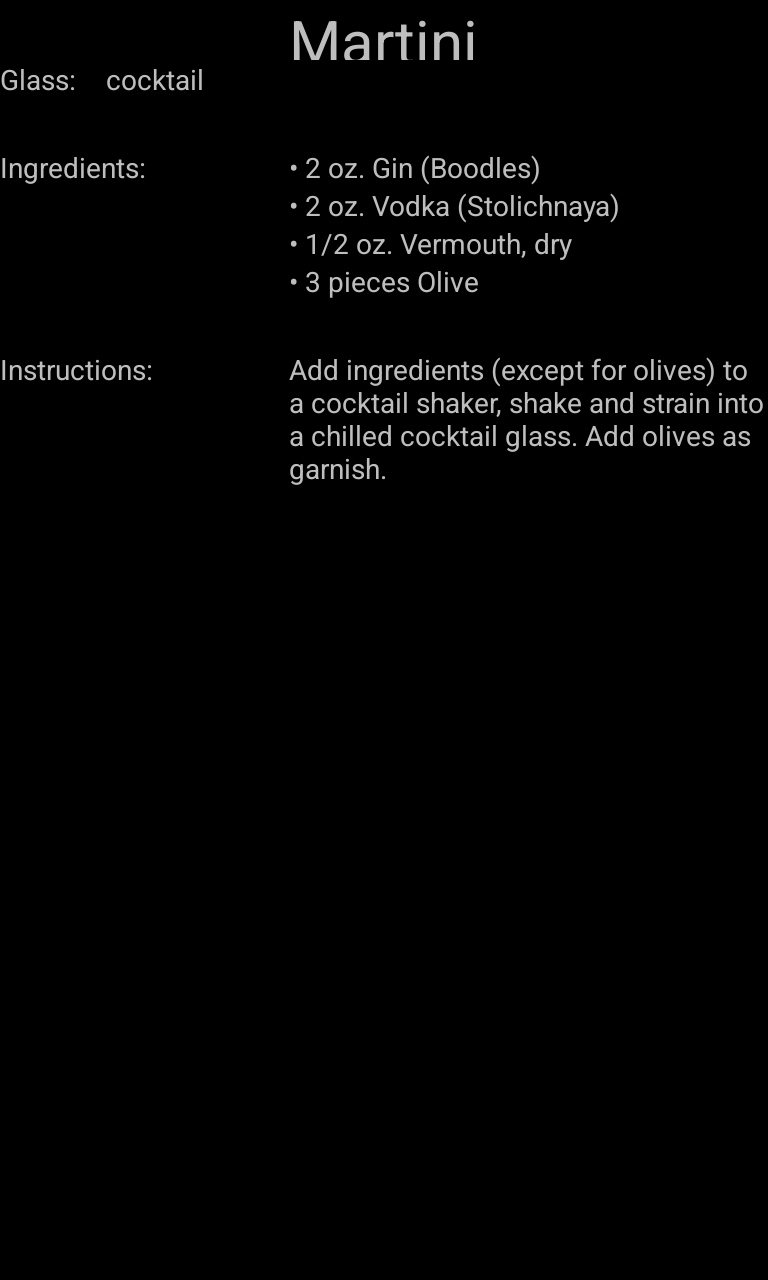
Repository: caltangelo/Drinkables
Layout: CocktailView/res/layout/main.xml
These files come from the project's save history. The layout is drawn as it stood at one moment and after the next save; the edit follows.
It is drawn on a 768 x 1280 px phone screen (xhdpi) without system bars, with theme android:Theme; the app's code is not run.

Above is the layout before, as saved 2011-09-22 20:48:47.

### CocktailView/res/layout/main.xml
<?xml version="1.0" encoding="utf-8"?>
<RelativeLayout xmlns:android="http://schemas.android.com/apk/res/android"
	android:orientation="vertical" android:layout_width="fill_parent"
	android:layout_height="fill_parent">
	<TextView android:id="@+id/drinkname" android:layout_height="30sp"
		android:textSize="30sp" android:text="@string/drink_name"
		android:layout_width="wrap_content" android:layout_alignParentTop="true"
		android:layout_centerHorizontal="true" />

	<TextView android:id="@+id/glass_label" android:layout_width="wrap_content"
		android:layout_height="wrap_content" android:layout_below="@id/drinkname"
		android:layout_alignParentLeft="true" android:text="Glass:" />
	<TextView android:id="@+id/glass_type"
		android:layout_toRightOf="@id/glass_label" android:text="@string/drink_glass"
		android:layout_height="wrap_content" android:layout_width="wrap_content"
		android:layout_alignTop="@id/glass_label" android:paddingLeft="15sp" />

	<TextView android:layout_height="wrap_content" android:id="@+id/ingredient_label"
		android:text="Ingredients: " android:layout_width="wrap_content"
		android:layout_below="@+id/glass_label"
		android:layout_alignParentLeft="true" android:layout_marginTop="25dp" />
	<TableLayout android:layout_height="wrap_content"
		android:id="@+id/ingredient_table" android:layout_width="wrap_content"
		android:layout_alignTop="@+id/ingredient_label"
		android:layout_alignLeft="@+id/drinkname"
		android:layout_alignParentRight="true">
		<TableRow android:id="@+id/tableRow1" android:layout_width="wrap_content"
			android:layout_height="wrap_content">
			<TextView android:text="• 2 oz. Gin (Boodles)" android:id="@+id/textView1"
				android:layout_width="wrap_content" android:layout_height="wrap_content" />
		</TableRow>
		<TableRow android:id="@+id/tableRow2" android:layout_width="wrap_content"
			android:layout_height="wrap_content">
			<TextView android:text="• 2 oz. Vodka (Stolichnaya)"
				android:id="@+id/textView2" android:layout_width="wrap_content"
				android:layout_height="wrap_content"></TextView>
		</TableRow>
		<TableRow android:id="@+id/tableRow3" android:layout_width="wrap_content"
			android:layout_height="wrap_content">
			<TextView android:text="• 1/2 oz. Vermouth, dry" android:id="@+id/textView3"
				android:layout_width="wrap_content" android:layout_height="wrap_content"></TextView>
		</TableRow>
		<TableRow android:id="@+id/tableRow4" android:layout_width="wrap_content"
			android:layout_height="wrap_content">
			<TextView android:text="• 3 pieces Olive" android:id="@+id/textView4"
				android:layout_width="wrap_content" android:layout_height="wrap_content"></TextView>
		</TableRow>
	</TableLayout>

	<TextView android:id="@+id/instruction_label"
		android:layout_height="wrap_content" android:layout_width="wrap_content"
		android:layout_below="@id/ingredient_table"
		android:layout_alignParentLeft="true" android:text="Instructions: "
		android:layout_marginTop="25dp" />
	<TextView android:id="@+id/instructions"
		android:layout_height="wrap_content" android:layout_width="wrap_content"
		android:layout_alignTop="@id/instruction_label"
		android:layout_alignLeft="@id/drinkname"
		android:layout_alignParentRight="true" android:text="@string/drink_instructions" />

</RelativeLayout>

### CocktailView/res/values/strings.xml
<?xml version="1.0" encoding="utf-8"?>
<resources>
    <string name="hello">Hello World, CocktailViewActivity!</string>
    <string name="app_name">CocktailView</string>
    <string name="drink_name"><u>Martini</u></string>
    <string name="drink_glass">cocktail</string>
    <string-array name="drink_ingredients">
        <item>2 oz. Gin (Boodles)</item>
        <item>2 oz. Vodka (Stolichnaya)</item>
        <item>1/2 oz. Vermouth, dry</item>
        <item>3 pieces Olive</item>
    </string-array>
    <string name="drink_instructions">Add ingredients (except for olives) to a cocktail shaker, shake and strain into a chilled cocktail glass.  Add olives as garnish.</string>
</resources>

After the next save:
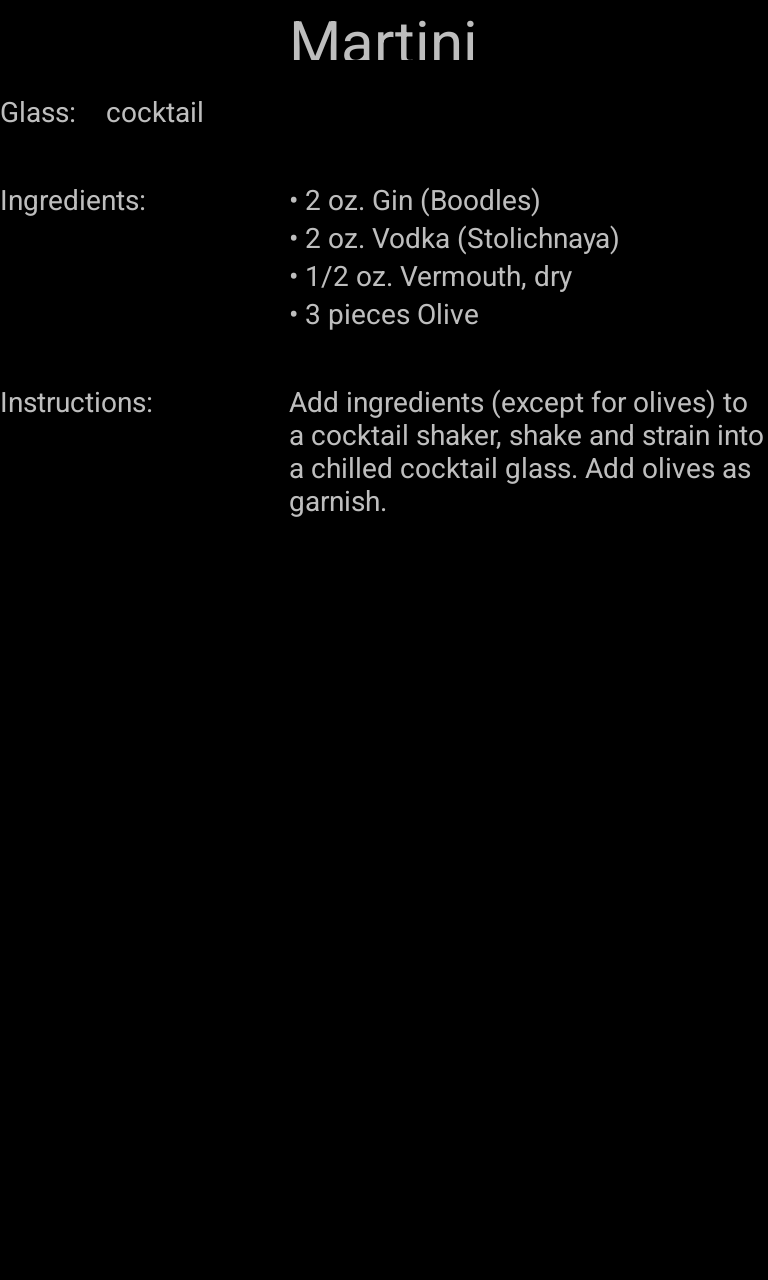
Saved 5 min 27 s later.
--- a/CocktailView/res/layout/main.xml
+++ b/CocktailView/res/layout/main.xml
@@ -9,7 +9,7 @@
 
 	<TextView android:id="@+id/glass_label" android:layout_width="wrap_content"
 		android:layout_height="wrap_content" android:layout_below="@id/drinkname"
-		android:layout_alignParentLeft="true" android:text="Glass:" />
+		android:layout_alignParentLeft="true" android:text="Glass:" android:layout_marginTop="16dp"/>
 	<TextView android:id="@+id/glass_type"
 		android:layout_toRightOf="@id/glass_label" android:text="@string/drink_glass"
 		android:layout_height="wrap_content" android:layout_width="wrap_content"
